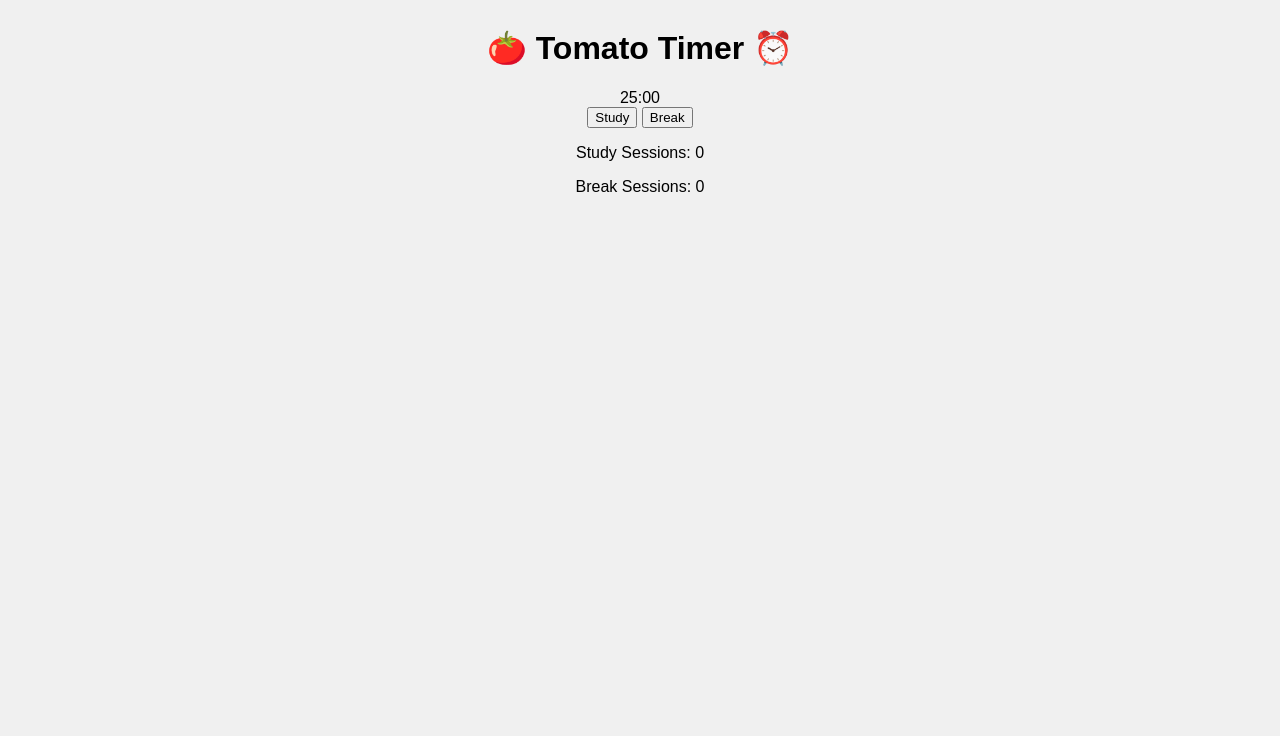
Repository: valentinaarojas/tomato-timer
Page: index.html
The author's editor kept a copy of each file at every save. The page is drawn from the files as they stood at one save, then again after a run of saves.
The browser window is 1280 px wide. The pictures show the whole page.

Above is the page before, as saved 2025-02-06 19:52:02.

After the next 3 saves:
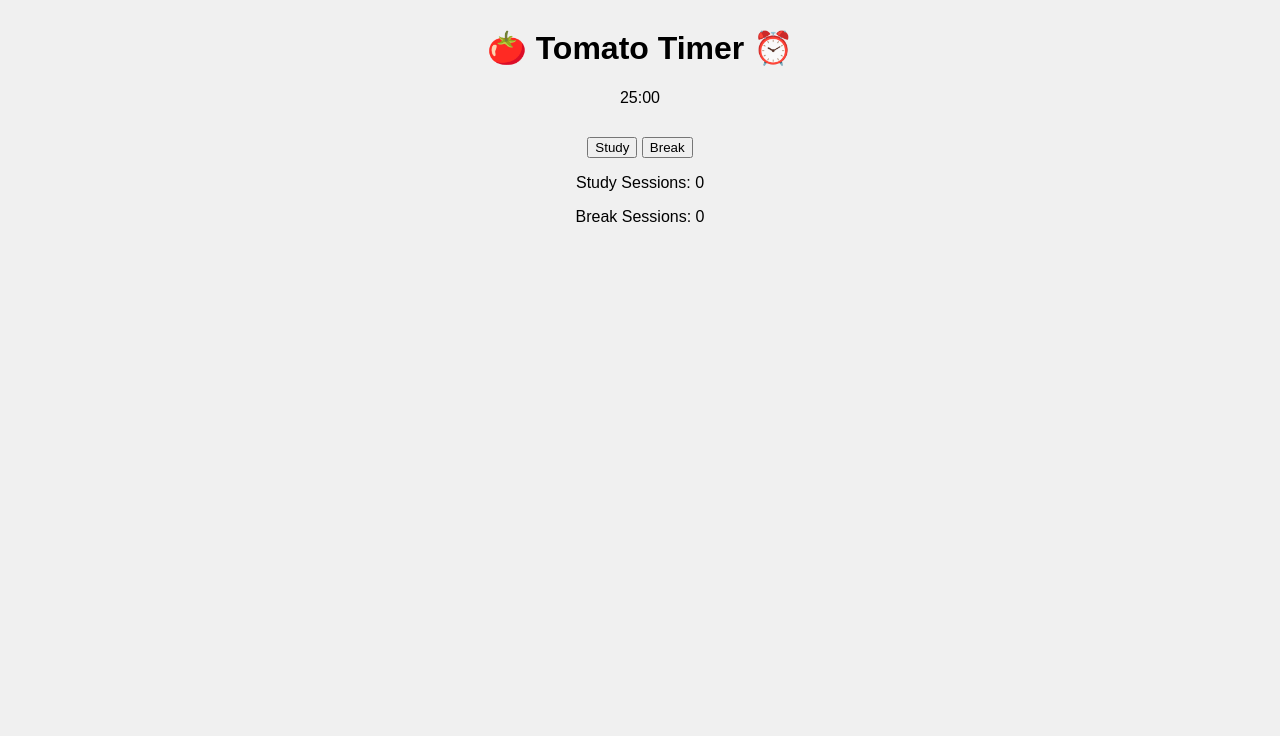
The 3 saves are shown as one change because they came seconds apart.
The last was saved 51 s later.
--- a/styles.css
+++ b/styles.css
@@ -12,5 +12,5 @@ body {
 }
 
 #timer-display {
-    pa
+    padding-bottom: 30px;
 }
